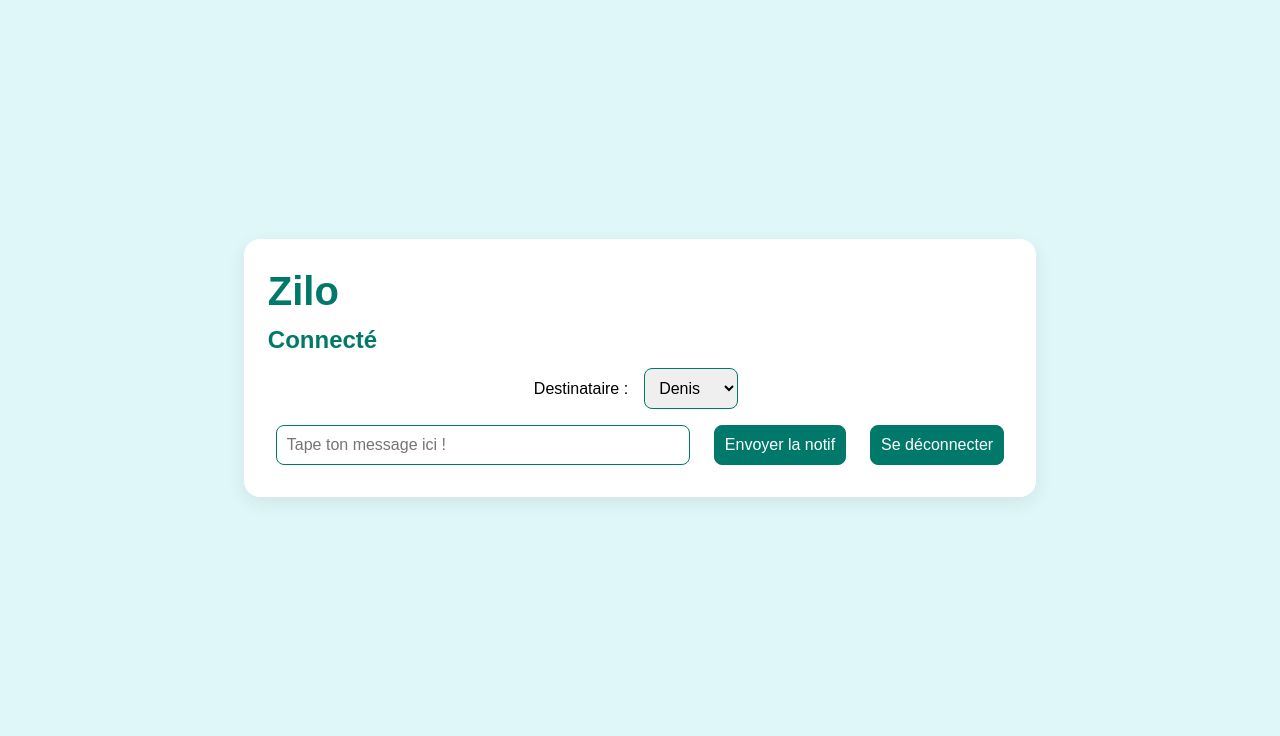
Repository: nlagardere/LumoNet
Page: public/index.html
These files come from the project's save history. The page is drawn as it stood at one moment and after the next save; the edit follows.
The browser window is 1280 px wide. The pictures show the whole page.

Above is the page before, as saved 2025-08-18 19:58:15.

### public/index.html
<!DOCTYPE html>
<html lang="fr">
<head>
  <meta charset="UTF-8" />
  <meta name="viewport" content="width=device-width, initial-scale=1.0" />
  <title>Zilo</title>
  <style>
    body {
      font-family: Arial, sans-serif;
      display:flex; flex-direction:column;
      align-items:center; justify-content:center;
      height:100vh; background:#e0f7fa;
    }

    h1, h2 {
      color:#00796b;
      margin:6px 0;
    }

    select, input, button {
      margin:8px;
      padding:10px;
      font-size:16px;
      border-radius:8px;
      border:1px solid #00796b;
    }

    button {
      background:#00796b;
      color:#fff;
      cursor:pointer;
    }

    button:hover{
      background:#004d40;
    }

    .row{
      display:flex;
      gap:8px;
      flex-wrap:wrap;
      align-items:center;
      justify-content:center;
    }

    .card {
      background:#fff;
      padding:24px;
      border-radius:16px;
      box-shadow:0 6px 18px rgba(0,0,0,0.08);
     }

     .card h1 {
      font-size:2.5em;
      margin-bottom:12px;
      position: relative;
      top: 0px;
     }


  </style>
</head>
<body>
  <div class="card">
    <h1>Zilo</h1>
    <h2 id="welcome">Connecté</h2>

    <div class="row">
      <label for="recipient">Destinataire :</label>
      <select id="recipient">
        <option value="denis">Denis</option>
        <option value="nathan">Nathan</option>
      </select>
    </div>

    <div class="row">
      <input id="message" type="text" placeholder="Tape ton message ici !" size="40" />
      <button id="send">Envoyer la notif</button>
      <button id="logout">Se déconnecter</button>
    </div>
  </div>

  <script>
    const messageInput = document.getElementById('message');

    async function send(){
      const recipient = document.getElementById('recipient').value;
      const message = messageInput.value.trim();
      if(!message){ alert('Écris un message !'); return; }

      const res = await fetch('/api/send', {
        method:'POST', headers:{'Content-Type':'application/json'},
        body: JSON.stringify({ recipient, message })
      });
      const data = await res.json();
      if(data.ok){
        messageInput.value = '';
        alert('Notification envoyée !');
      } else {
        if(res.status === 401){
          // non connecté → renvoie vers la connexion
          window.location.href = '/login.html';
        } else {
          alert('Erreur : ' + (data.error||'inconnue'));
        }
      }
    }

    async function logout(){
      await fetch('/api/logout');
      window.location.href = '/login.html';
    }

    document.getElementById('send').addEventListener('click', send);
    document.getElementById('logout').addEventListener('click', logout);
    messageInput.addEventListener('keydown', e => { if(e.key==='Enter') send(); });
  </script>
</body>
</html>

After the next save:
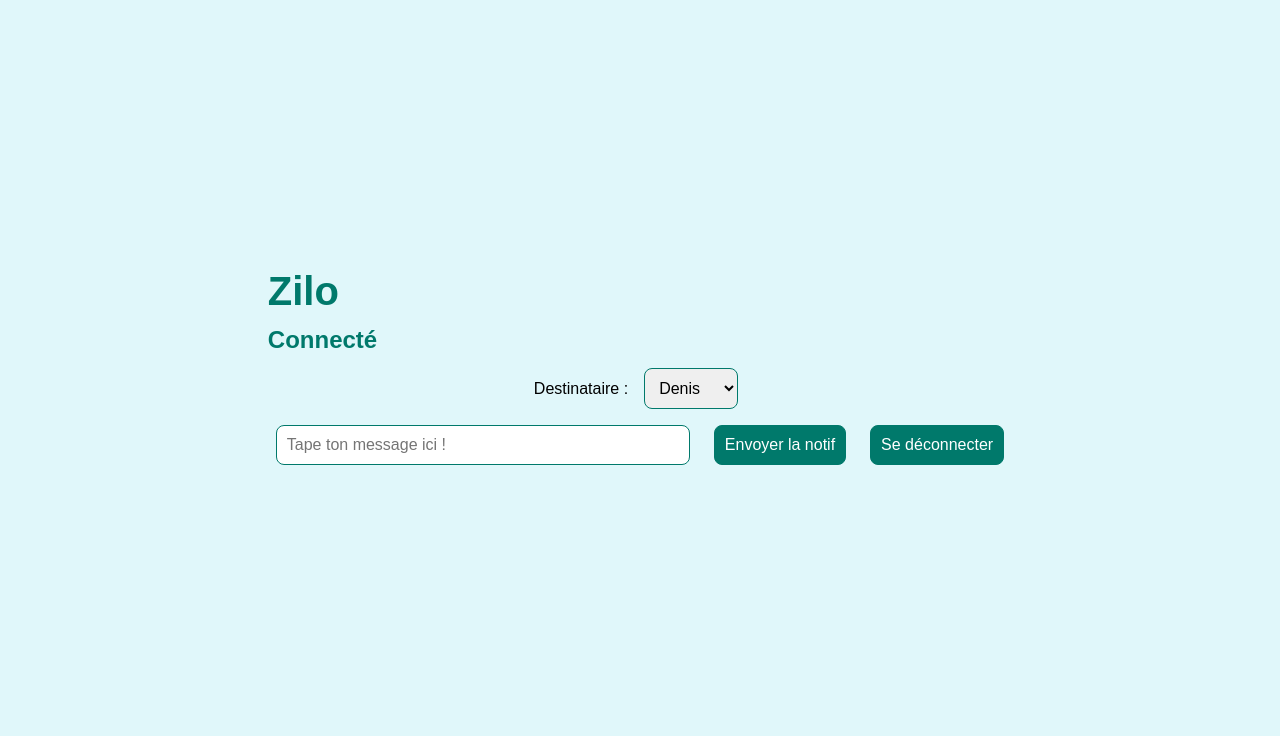
Saved 58 s later.
--- a/public/index.html
+++ b/public/index.html
@@ -43,12 +43,6 @@
       justify-content:center;
     }
 
-    .card {
-      background:#fff;
-      padding:24px;
-      border-radius:16px;
-      box-shadow:0 6px 18px rgba(0,0,0,0.08);
-     }
 
      .card h1 {
       font-size:2.5em;
